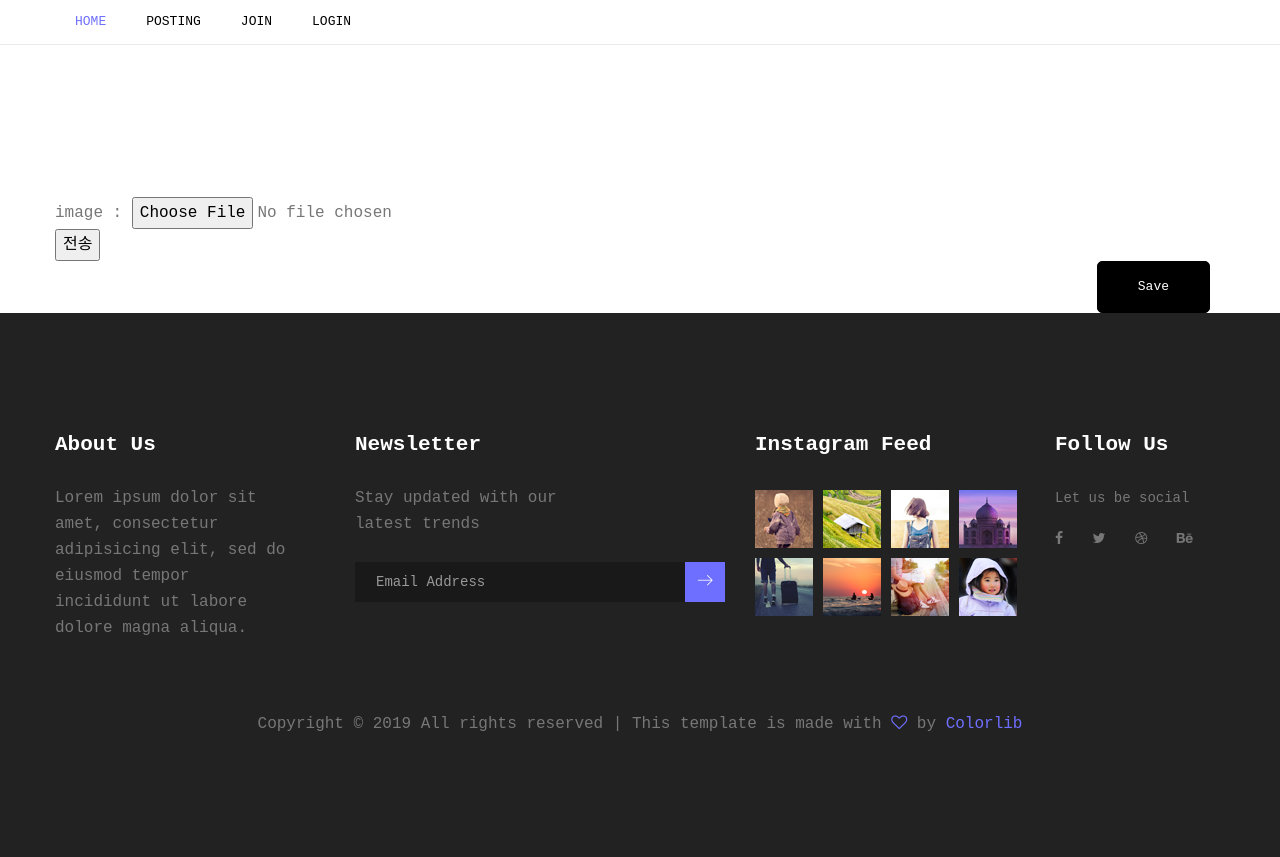
Repository: cwj2306/blog_project_2
Page: http://localhost/blog/user/userProfileForm.jsp
An editor plug-in stored every save of this project. The page is shown before and after the next save, followed by the edit.
The browser window is 1280 px wide. The pictures show the whole page.
Some web fonts or font styles are not loaded; a fallback is used. The page is served by Tomcat 9. Other server files are loaded and not shown.

Above is the page before, as saved 2019-11-12 04:44:16.

### blog/WebContent/user/userProfileForm.jsp
<%@ page language="java" contentType="text/html; charset=UTF-8" pageEncoding="UTF-8"%>
<%@ include file="/include/nav.jsp"%>

<section class="contact_area">
	<div class="container">
		<div class="row">
			<div class="col-lg-12">
				<!--
				<form class="row contact_form" action="/blog/user?cmd=update" method="post" onsubmit="return validateCheck()">
					<input type="hidden" name="id" value="${sessionScope.user.id}">

					<div class="col-md-12">
						<div class="form-group">
							<input type="text" class="form-control" value="${sessionScope.user.username}" name="username" placeholder="아이디" readonly="readonly">
						</div>
					</div>

					<div class="col-md-12">
						<div class="form-group">
							<input type="password" class="form-control" id="password" name="password" placeholder="비밀번호" required="required" maxlength="20">
						</div>
					</div>

					<div class="col-md-12">
						<div class="form-group">
							<input type="password" class="form-control" id="passwordCheck" name="passwordCheck" placeholder="비밀번호 확인" required="required" maxlength="20">
						</div>
					</div>

					<div class="col-md-12">
						<div class="form-group">
							<input type="email" class="form-control" value="${sessionScope.user.email}" name="email" placeholder="이메일" maxlength="40" readonly="readonly">
						</div>
					</div>

					<div class="col-md-12">
						<div class="form-group float-right">
							<a style="cursor:pointer;" class="blog_btn" href="#" onclick="goPopup()">주소 찾기</a>
						</div>
					</div>

					<div class="col-md-12">
						<div class="form-group">
							<input type="text" class="form-control" value="${sessionScope.user.address}"name="address" id="roadFullAddr" placeholder="도로명 주소" required="required" readonly="readonly">
						</div>
					</div>

					<div class="col-md-12 text-right">
						<button type="submit" value="submit" class="btn submit_btn">Save</button>
					</div>
					-->

				<div>
					<img id="img__wrap" />
				</div>

				<!-- enctype는 mime타입에서 찾아봐서 써주자 -->
				<form action="/blog/user?cmd=uploadProfileImg" method="POST" enctype="multipart/form-data">
					<input type="hidden" name="userId" value="${sessionScope.user.id}"/><br />
					image : <input id="img__input" type="file" name="userProfile" /><br />
					<input type="submit" value="전송" />
					<div class="col-md-12 text-right">
							<button type="submit" value="submit" class="btn submit_btn">Save</button>
						</div>
				</form>

				<script src="/blog/js/jquery-3.2.1.min.js"></script>
				<script>
					$("#img__input").on("change", handleImgFile);

					function handleImgFile(e) {

						var f = e.target.files[0];

						if (f.type.match("image.*")) {
							var reader = new FileReader();

							reader.onload = function(e) {
								console.log(e.target.result);
								$("#img__wrap").attr("src", e.target.result);
							}

							reader.readAsDataURL(f);
						} else {
							alert("이미지 파일이 아닙니다.");
							$("#img__wrap").attr("src", "");
						}

					}
				</script>

				</form>

			</div>
		</div>
	</div>
</section>

<%@ include file="/include/footer.jsp"%>

### blog/WebContent/include/nav.jsp
<%@ page language="java" contentType="text/html; charset=UTF-8" pageEncoding="UTF-8"%>
<%@ taglib prefix="c" uri="http://java.sun.com/jsp/jstl/core" %>

<!doctype html>
<html lang="en">
    <head>
        <!-- Required meta tags -->
        <meta charset="utf-8">
        <meta name="viewport" content="width=device-width, initial-scale=1, shrink-to-fit=no">
        <link rel="icon" href="/blog/img/favicon.png" type="image/png">
        <title>Opium Blog</title>
        <!-- Bootstrap CSS -->
        <link rel="stylesheet" href="/blog/css/bootstrap.css">
        <link rel="stylesheet" href="/blog/vendors/linericon/style.css">
        <link rel="stylesheet" href="/blog/css/font-awesome.min.css">
        <link rel="stylesheet" href="/blog/vendors/owl-carousel/owl.carousel.min.css">
        <link rel="stylesheet" href="/blog/vendors/lightbox/simpleLightbox.css">
        <link rel="stylesheet" href="/blog/vendors/nice-select/css/nice-select.css">
        <link rel="stylesheet" href="/blog/vendors/animate-css/animate.css">
        <link rel="stylesheet" href="/blog/vendors/jquery-ui/jquery-ui.css">
        <!-- main css -->
        <link rel="stylesheet" href="/blog/css/style.css">
        <link rel="stylesheet" href="/blog/css/responsive.css">
    </head>
    <body>

        <!--================Header Menu Area =================-->
        <header class="header_area">
			<div class="main_menu">
				<nav class="navbar navbar-expand-lg navbar-light">
					<div class="container box_1620">
						<!-- Brand and toggle get grouped for better mobile display -->
						<a class="navbar-brand logo_h" href="#"><img src="/blog/img/logo.png" alt=""></a>
						<button class="navbar-toggler" type="button" data-toggle="collapse" data-target="#navbarSupportedContent" aria-controls="navbarSupportedContent" aria-expanded="false" aria-label="Toggle navigation">
							<span class="icon-bar"></span>
							<span class="icon-bar"></span>
							<span class="icon-bar"></span>
						</button>

						<!-- Collect the nav links, forms, and other content for toggling -->
						<div class="collapse navbar-collapse offset" id="navbarSupportedContent">
							<ul class="nav navbar-nav menu_nav">
								<li class="nav-item active"><a class="nav-link" href="/blog/index.jsp">Home</a></li>
								<li class="nav-item"><a class="nav-link" href="/blog/board/write.jsp">Posting</a></li>

								<c:choose>
									<c:when test="${empty sessionScope.user}">
										<li class="nav-item"><a class="nav-link" href="/blog/user/join.jsp">Join</a></li>
										<li class="nav-item"><a class="nav-link" href="/blog/user/login.jsp">Login</a></li>
									</c:when>
									<c:otherwise>
										<li class="nav-item"><a class="nav-link" href="/blog/user/update.jsp">Profile</a></li>
										<li class="nav-item"><a class="nav-link" href="/blog/user?cmd=logout">Logout</a></li>
									</c:otherwise>
								</c:choose>

							</ul>
							<ul class="nav navbar-nav navbar-right header_social ml-auto">
								<!--
								<li class="nav-item"><a href="#"><i class="fa fa-facebook"></i></a></li>
								<li class="nav-item"><a href="#"><i class="fa fa-twitter"></i></a></li>
								<li class="nav-item"><a href="#"><i class="fa fa-dribbble"></i></a></li>
								<li class="nav-item"><a href="#"><i class="fa fa-behance"></i></a></li>
								 -->
								 <c:if test="${not empty sessionScope.user}">
								 	<a href="/blog/user/userProfileForm.jsp"><img src = "${sessionScope.user.userProfile}" width="40px" height="40px" style="border-radius: 50%;"/></a>
								 </c:if>

							</ul>
						</div>
					</div>
				</nav>
			</div>
        </header>
        <!--================Header Menu Area =================-->

### blog/WebContent/include/footer.jsp
<%@ page language="java" contentType="text/html; charset=UTF-8" pageEncoding="UTF-8"%>
<!--================ start footer Area  =================-->
<footer class="footer-area p_120">
	<div class="container">
		<div class="row">
			<div class="col-lg-3  col-md-6 col-sm-6">
				<div class="single-footer-widget">
					<h6 class="footer_title">About Us</h6>
					<p>Lorem ipsum dolor sit amet, consectetur adipisicing elit, sed do eiusmod tempor incididunt ut labore dolore magna aliqua.</p>
				</div>
			</div>
			<div class="col-lg-4 col-md-6 col-sm-6">
				<div class="single-footer-widget">
					<h6 class="footer_title">Newsletter</h6>
					<p>Stay updated with our latest trends</p>
					<div id="mc_embed_signup">
						<form target="_blank" action="https://spondonit.us12.list-manage.com/subscribe/post?u=1462626880ade1ac87bd9c93a&amp;id=92a4423d01" method="get" class="subscribe_form relative">
							<div class="input-group d-flex flex-row">
								<input name="EMAIL" placeholder="Email Address" onfocus="this.placeholder = ''" onblur="this.placeholder = 'Email Address '" required="" type="email">
								<button class="btn sub-btn">
									<span class="lnr lnr-arrow-right"></span>
								</button>
							</div>
							<div class="mt-10 info"></div>
						</form>
					</div>
				</div>
			</div>
			<div class="col-lg-3 col-md-6 col-sm-6">
				<div class="single-footer-widget instafeed">
					<h6 class="footer_title">Instagram Feed</h6>
					<ul class="list instafeed d-flex flex-wrap">
						<li><img src="/blog/img/instagram/Image-01.jpg" alt=""></li>
						<li><img src="/blog/img/instagram/Image-02.jpg" alt=""></li>
						<li><img src="/blog/img/instagram/Image-03.jpg" alt=""></li>
						<li><img src="/blog/img/instagram/Image-04.jpg" alt=""></li>
						<li><img src="/blog/img/instagram/Image-05.jpg" alt=""></li>
						<li><img src="/blog/img/instagram/Image-06.jpg" alt=""></li>
						<li><img src="/blog/img/instagram/Image-07.jpg" alt=""></li>
						<li><img src="/blog/img/instagram/Image-08.jpg" alt=""></li>
					</ul>
				</div>
			</div>
			<div class="col-lg-2 col-md-6 col-sm-6">
				<div class="single-footer-widget f_social_wd">
					<h6 class="footer_title">Follow Us</h6>
					<p>Let us be social</p>
					<div class="f_social">
						<a href="#"><i class="fa fa-facebook"></i></a>
						<a href="#"><i class="fa fa-twitter"></i></a>
						<a href="#"><i class="fa fa-dribbble"></i></a>
						<a href="#"><i class="fa fa-behance"></i></a>
					</div>
				</div>
			</div>
		</div>
		<div class="row footer-bottom d-flex justify-content-between align-items-center">
			<p class="col-lg-12 footer-text text-center">
				<!-- Link back to Colorlib can't be removed. Template is licensed under CC BY 3.0. -->
				Copyright &copy;
				<script>document.write(new Date().getFullYear());</script>
				All rights reserved | This template is made with <i class="fa fa-heart-o" aria-hidden="true"></i> by <a href="https://colorlib.com" target="_blank">Colorlib</a>
				<!-- Link back to Colorlib can't be removed. Template is licensed under CC BY 3.0. -->
			</p>
		</div>
	</div>
</footer>
<!--================ End footer Area  =================-->




<!-- Optional JavaScript -->
<!-- jQuery first, then Popper.js, then Bootstrap JS -->
<script src="/blog/js/jquery-3.2.1.min.js"></script>
<script src="/blog/js/popper.js"></script>
<script src="/blog/js/bootstrap.min.js"></script>
<script src="/blog/js/stellar.js"></script>
<script src="/blog/vendors/lightbox/simpleLightbox.min.js"></script>
<script src="/blog/vendors/nice-select/js/jquery.nice-select.min.js"></script>
<script src="/blog/vendors/isotope/imagesloaded.pkgd.min.js"></script>
<script src="/blog/vendors/isotope/isotope-min.js"></script>
<script src="/blog/vendors/owl-carousel/owl.carousel.min.js"></script>
<script src="/blog/vendors/jquery-ui/jquery-ui.js"></script>
<script src="/blog/js/jquery.ajaxchimp.min.js"></script>
<script src="/blog/js/mail-script.js"></script>
<script src="/blog/js/theme.js"></script>

</body>
</html>

### blog/WebContent/css/responsive.css
@media (max-width:1619px){
	/* Main Menu Area css
	============================================================================================ */
   .header_area .navbar .search {
		margin-left: 40px;
	}
	/* End Main Menu Area css
	============================================================================================ */
	.home_banner_area .blog_text_slider .owl-prev, .home_banner_area .blog_text_slider .owl-next {
		right: 0px;
		font-size: 30px;
	}
}
@media (max-width:1199px){
	/* Main Menu Area css
	============================================================================================ */
	.header_area + section, .header_area + div {
		margin-top: 143px;
	}
	.top_menu .container{
		display: block;
	}
	/* End Main Menu Area css
	============================================================================================ */
	/* Home Banner Area css
	============================================================================================ */
	.home_banner_area {
		min-height: 700px;
	}
	/* End Home Banner Area css
	============================================================================================ */
	.home_banner_area {
		background-size: cover;
	}
	.blog_text {
		padding: 65px 65px 65px 65px;
	}
	.banner_area {
		background-size: cover;
	}
	.blog_style1 .blog_text {
		padding-left: 15px;
		padding-right: 15px;
		padding-top: 0px;
		padding-bottom: 0px;
	}
}

@media (max-width:991px){
	/* Main Menu Area css
	============================================================================================ */
	.logo_part {
		display: none;
	}
    .navbar-toggler {
        border: none;
        border-radius: 0px;
        padding: 0px;
        cursor: pointer;
        margin-top: 27px;
        margin-bottom: 23px;
		float: right;
    }
	.header_area .navbar {
		background: #fff;
	}
    .navbar-toggler[aria-expanded="false"] span:nth-child(2) {
		opacity: 1;
	}
	.navbar-toggler[aria-expanded="true"] span:nth-child(2) {
		opacity: 0;
	}
	.navbar-toggler[aria-expanded="true"] span:first-child {
		transform: rotate(-45deg);
		position: relative;
		top: 7.5px;
	}
	.navbar-toggler[aria-expanded="true"] span:last-child {
		transform: rotate(45deg);
		bottom: 6px;
		position: relative;
	}
	.navbar-toggler span{
		display: block;
		width: 25px;
		height: 3px;
		background: #000;
		margin: auto;
		margin-bottom: 4px;
		transition: all 400ms linear;
		cursor: pointer;
	}
    .navbar .container{
        padding-left: 15px;
        padding-right: 15px;
    }
    .nav{
        padding: 0px 0px;
    }
	.header_area + section, .header_area + row, .header_area + div {
		margin-top: 117px;
	}
    .header_top .nav{
        padding: 0px;
    }
    .header_area .navbar .nav .nav-item .nav-link{
        line-height: 40px;
        margin-right: 0px;
        display: block;
		border-bottom: 1px solid #ededed33;
		border-radius: 0px;
    }
    .header_area .navbar .search{
        margin-left: 0px;
    }
	.header_area .navbar-collapse{
		max-height: 340px;
		overflow-y: scroll;
	}
	.header_area .navbar .nav .nav-item.submenu ul .nav-item .nav-link {
		padding: 0px 15px;
	}
	.header_area .navbar .nav .nav-item {
		margin-right: 0px;
	}
	.header_area + section, .header_area + row, .header_area + div {
		margin-top: 71px;
	}
	.main_menu .navbar .container_inner {
		display: block;
	}
	.main_menu .navbar .navbar-brand {
		display: inline-block;
		padding-top: 11px;
		width: 173px;
	}
	.main_menu .navbar .navbar-brand img {
		width: 100%;
	}
	/* End Main Menu Area css
	============================================================================================ */

	/* Contact Page Area css
	============================================================================================ */
	.contact_info{
		margin-bottom: 50px;
	}
	/* End Contact page Area css
	============================================================================================ */
	.home_banner_area .donation_inner{
		margin-bottom: -30px;
	}
	.single-footer-widget{
		margin-bottom: 30px;
	}
	.footer-area .row{
		margin-bottom: -30px;
	}
	/* Footer Area css
	============================================================================================ */
	/* End End Footer Area css
	============================================================================================ */
	.home_banner_area {
		background-size: cover;
		margin-bottom: 0px;
	}
	/* Extra header Area css
	============================================================================================ */
	/* End Extra header Area css
	============================================================================================ */

	.nav.navbar-nav.navbar-right.header_social{
		display: none;
	}

}
@media (max-width:767px){
	.home_banner_area {
		min-height: 500px;
	}
	.home_banner_area .banner_inner {
		min-height: 500px;
	}
	.home_banner_area .banner_inner .banner_content {
		margin-top: 0px;
	}
	/* Blog Page Area css
	============================================================================================ */
    .blog_banner .banner_inner .blog_b_text h2 {
		font-size: 40px;
		line-height: 50px;
	}
	.blog_info.text-right{
		text-align: left !important;
		margin-bottom: 10px;
	}
	/* End Blog Page Area css
	============================================================================================ */
	.home_banner_area .banner_inner .banner_content h3 {
		font-size: 30px;
	}
	.home_banner_area .banner_inner .banner_content p br {
		display: none;
	}
	/* Footer Area css
	============================================================================================ */
	.footer-bottom .footer-text{
		text-align: center;
	}
	.footer-bottom .footer-social {
		text-align: center;
		margin-bottom: 20px;
	}
	/* End End Footer Area css
	============================================================================================ */
	.blog_style1.small .blog_img img{
		width: 100%;
	}
}
@media (max-width:575px){

	.header_area + section, .header_area + row, .header_area + div {
		margin-top: 71px;
	}
	.top_menu {
		display: none;
	}

    /* Home Banner Area css
	============================================================================================ */
	.home_banner_area .banner_inner .banner_content h2 {
		font-size: 28px;
	}
	.home_banner_area {
		min-height: 500px;
	}
	.home_banner_area .banner_inner {
		min-height: 500px;
	}
	.blog_banner .banner_inner .blog_b_text {
		margin-top: 0px;
	}
	.home_banner_area .banner_inner .banner_content img{
		display: none;
	}
	.home_banner_area .banner_inner .banner_content h5 {
		margin-top: 0px;
	}
	.home_banner_area .banner_inner .banner_content .date a {
		margin-right: 8px;
	}
	/* End Home Banner Area css
	============================================================================================ */
	.p_120 {
		padding-top: 70px;
		padding-bottom: 70px;
	}
	.main_title h2 {
		font-size: 25px;
	}
	/* Elements Area css
	============================================================================================ */
	.sample-text-area {
		padding: 70px 0 70px 0;
	}
	/* End Elements Area css
	============================================================================================ */

	/* Blog Page Area css
	============================================================================================ */
	.blog_details h2 {
		font-size: 20px;
		line-height: 30px;
	}
	.blog_banner .banner_inner .blog_b_text h2 {
		font-size: 28px;
		line-height: 38px;
	}
	.banner_area .banner_inner .banner_content {
		margin-top: 0px;
	}
	/* End Blog Page Area css
	============================================================================================ */
	/* Footer Area css
	============================================================================================ */
	/* End End Footer Area css
	============================================================================================ */
	.pad_top {
		padding-top: 70px;
	}
	.mt-100 {
		margin-top: 50px;
	}
	.single-footer-widget p {
		max-width: 100%;
	}
	.p_100 {
		padding-top: 70px;
		padding-bottom: 70px;
	}
	.blog_style1 .blog_text .blog_text_inner {
		margin-top: 0px;
	}
	.blog_style1 .blog_text {
		padding-left: 0px;
		padding-right: 0px;
		padding-top: 0px;
		padding-bottom: 0px;
	}
	.blog_text .cat a {
		margin-right: 5px;
	}
	.blog_text .cat .cat_btn {
		display: block;
		width: 86px;
		margin-bottom: 10px;
	}
}

@media (max-width:480px){
	/* Main Menu Area css
	============================================================================================ */
	.header_area .navbar-collapse{
		max-height: 250px;
	}
	/* End Main Menu Area css
	============================================================================================ */

	/* Home Banner Area css
	============================================================================================ */
    .home_banner_area .banner_inner .banner_content {
		padding: 30px 15px;
		margin-top: 0px;
	}
	.banner_content .white_btn {
		display: block;
	}
	.home_banner_area .banner_inner .banner_content h3 {
		font-size: 24px;
	}
	.home_banner_area .carousel .carousel-indicators {
		bottom: -50px;
		z-index: 20;
	}
	/* End Home Banner Area css
	============================================================================================ */
	.banner_area .banner_inner .banner_content h2 {
		font-size: 32px;
	}
	/* Blog Page Area css
	============================================================================================ */
	.comments-area .thumb {
		margin-right: 10px;
	}

	/* End Blog Page Area css
	============================================================================================ */
	.home_banner_area .blog_text_slider .owl-prev {
		top: auto;
		bottom: 110px;
		transform: translateY(-0%);
		left: 10px;
	}
	.home_banner_area .blog_text_slider .owl-next {
		top: auto;
		bottom: 110px;
		right: 10px;
		transform: translateY(-0%);
	}
	.blog_text {
		padding: 60px 20px;
	}
}

Loaded but not shown: blog/WebContent/css/bootstrap.css (library); blog/WebContent/vendors/linericon/style.css (library); blog/WebContent/css/font-awesome.min.css (library); blog/WebContent/vendors/owl-carousel/owl.carousel.min.css (common file); blog/WebContent/vendors/lightbox/simpleLightbox.css (library); blog/WebContent/vendors/nice-select/css/nice-select.css (library); blog/WebContent/vendors/animate-css/animate.css (library); blog/WebContent/vendors/jquery-ui/jquery-ui.css (library); blog/WebContent/js/jquery-3.2.1.min.js (library); blog/WebContent/js/popper.js (library); blog/WebContent/js/bootstrap.min.js (library); blog/WebContent/js/stellar.js (library); blog/WebContent/vendors/lightbox/simpleLightbox.min.js (library); blog/WebContent/vendors/nice-select/js/jquery.nice-select.min.js (common file); blog/WebContent/vendors/isotope/imagesloaded.pkgd.min.js (library); blog/WebContent/vendors/isotope/isotope-min.js (library); blog/WebContent/vendors/owl-carousel/owl.carousel.min.js (library); blog/WebContent/vendors/jquery-ui/jquery-ui.js (library); blog/WebContent/js/jquery.ajaxchimp.min.js (library); blog/WebContent/js/theme.js (283 lines, source omitted); blog/WebContent/js/mail-script.js (31 lines, source omitted); blog/WebContent/css/style.css (3904 lines, source omitted)

After the next save:
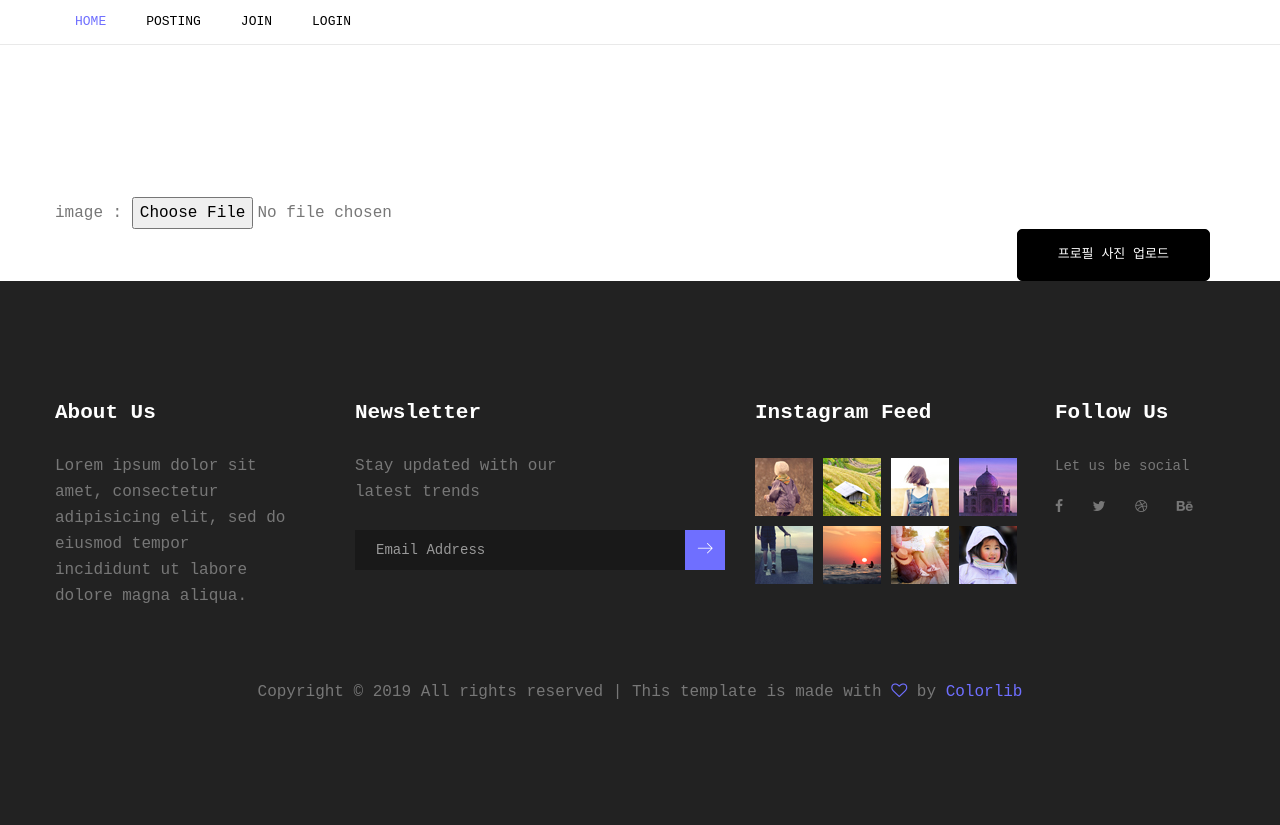
Saved 52 s later.
--- a/blog/WebContent/user/userProfileForm.jsp
+++ b/blog/WebContent/user/userProfileForm.jsp
@@ -58,10 +58,9 @@
 				<form action="/blog/user?cmd=uploadProfileImg" method="POST" enctype="multipart/form-data">
 					<input type="hidden" name="userId" value="${sessionScope.user.id}"/><br />
 					image : <input id="img__input" type="file" name="userProfile" /><br />
-					<input type="submit" value="전송" />
 					<div class="col-md-12 text-right">
-							<button type="submit" value="submit" class="btn submit_btn">Save</button>
-						</div>
+						<input type="submit" class="btn submit_btn" value="프로필 사진 업로드" />
+					</div>
 				</form>
 
 				<script src="/blog/js/jquery-3.2.1.min.js"></script>
